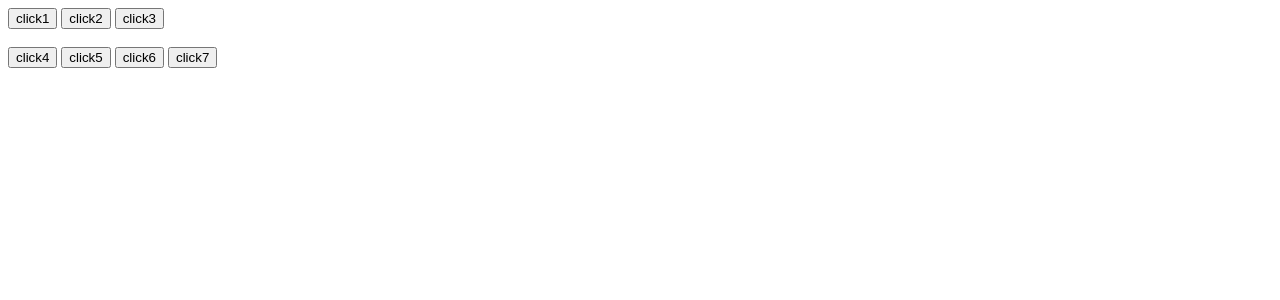
Repository: yhj4130/JsonStudy
Page: JsonApp01/WebContent/JsonTest11.html
These files come from the project's save history. The page is drawn as it stood at one moment and after the next save; the edit follows.
The browser window is 1280 px wide. The pictures show the whole page.

Above is the page before, as saved 2019-06-03 00:09:36.

### JsonApp01/WebContent/JsonTest11.html
<script type="text/javascript">

	var obj7 =
	{
		/* "test":["ccc", "ddd"], "exam":["kkk", "ppp"] */


		"test" :
		[
			"ccc", "ddd"
		],
		"exam" :
		[
			"kkk", "ppp"
		]

	}

</script>

<form>

	<input type="button" value="click1" onclick="alert(typeof obj7)">
	<!-- object -->
	<input type="button" value="click2" onclick="alert(typeof obj7.test)">
	<!-- object -->
	<input type="button" value="click3" onclick="alert(typeof obj7.exam)">
	<!-- object -->

	<br><br>

	<input type="button" value="click4" onclick="alert(obj7.test[0])">
	<!-- ccc -->
	<input type="button" value="click5" onclick="alert(obj7.test[1])">
	<input type="button" value="click6" onclick="alert(obj7.exam[0])">
	<input type="button" value="click7" onclick="alert(obj7.exam[1])">

	<br><br>

</form>

After the next save:
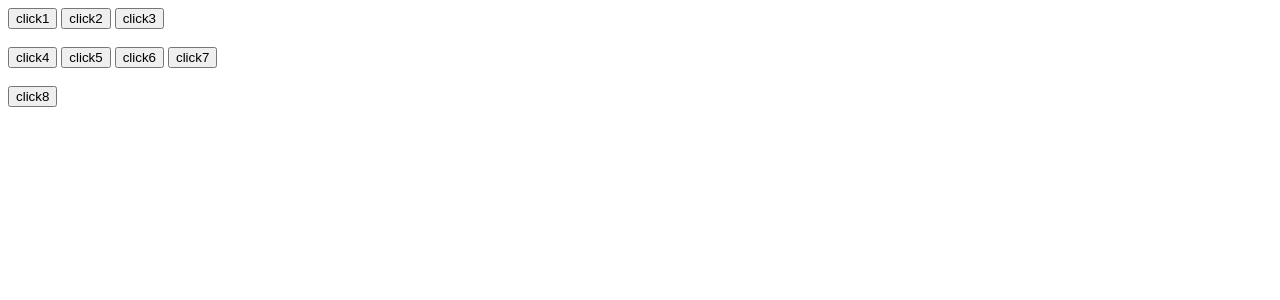
Console error (its wording comes from the project's code and is left out).
Saved 74 s later.
--- a/JsonApp01/WebContent/JsonTest11.html
+++ b/JsonApp01/WebContent/JsonTest11.html
@@ -32,9 +32,14 @@
 	<input type="button" value="click4" onclick="alert(obj7.test[0])">
 	<!-- ccc -->
 	<input type="button" value="click5" onclick="alert(obj7.test[1])">
+	<!-- ddd -->
 	<input type="button" value="click6" onclick="alert(obj7.exam[0])">
+	<!-- kkk -->
 	<input type="button" value="click7" onclick="alert(obj7.exam[1])">
+	<!-- ppp -->
 
 	<br><br>
 
+	<input type="button" value="click8" onclick="alert(obj7.[0][0])">
+
 </form>
